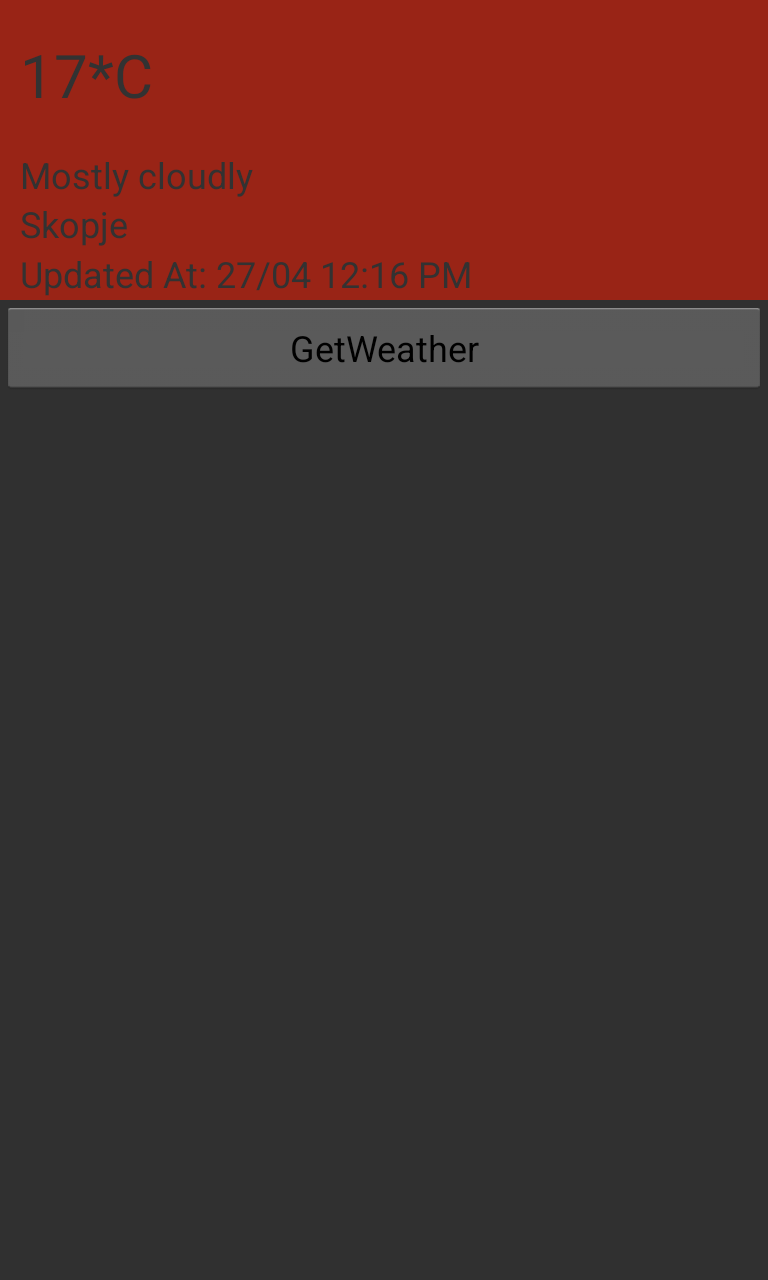
Repository: randhika/WeatherApp
Layout: WeatherApp/res/layout/home_fragment_layout.xml
The author's editor kept a copy of each file at every save. The layout is drawn from the files as they stood at one save, then again after a run of saves.
It is drawn on a 768 x 1280 px phone screen (xhdpi) without system bars, with theme AppTheme; the app's code is not run.

Above is the layout before, as saved 2014-04-27 17:33:04.

### WeatherApp/res/layout/home_fragment_layout.xml
<?xml version="1.0" encoding="utf-8"?>
<LinearLayout xmlns:android="http://schemas.android.com/apk/res/android"
    android:layout_width="match_parent"
    android:layout_height="match_parent"
    android:background="@color/list_background"
    android:orientation="vertical" >

    <LinearLayout
        android:layout_width="match_parent"
        android:layout_height="150dp"
        android:background="@color/list_background_pressed"
        android:orientation="vertical"
        android:paddingLeft="10dp" >

        <TextView
            android:id="@+id/tv_temperature"
            android:layout_width="match_parent"
            android:layout_height="0dp"
            android:layout_weight="0.3"
            android:gravity="center_vertical"
            android:text="17*C"
            android:textSize="30sp" />

        <TextView
            android:id="@+id/tv_weather_stat"
            android:layout_width="match_parent"
            android:layout_height="0dp"
            android:layout_gravity="center_vertical"
            android:layout_weight="0.1"
            android:text="Mostly cloudly"
            android:textSize="18sp" />

        <TextView
            android:id="@+id/tv_current_city"
            android:layout_width="match_parent"
            android:layout_height="0dp"
            android:layout_gravity="center_vertical"
            android:layout_weight="0.1"
            android:text="Skopje"
            android:textSize="18sp" />

        <TextView
            android:id="@+id/tv_last_update"
            android:layout_width="match_parent"
            android:layout_height="0dp"
            android:layout_gravity="center_vertical"
            android:layout_weight="0.1"
            android:text="Updated At: 27/04 12:16 PM"
            android:textSize="18sp" />
    </LinearLayout>

    <Button
        android:id="@+id/btn_get_weather"
        android:layout_width="match_parent"
        android:layout_height="48dp"
        android:layout_gravity="center"
        android:text="GetWeather" />

</LinearLayout>

Loaded but not shown: WeatherApp/res/values/styles.xml (common file); WeatherApp/res/values-v11/styles.xml (common file); WeatherApp/res/values-v14/styles.xml (common file); WeatherApp/res/values/color.xml (common file)

After the next 2 saves:
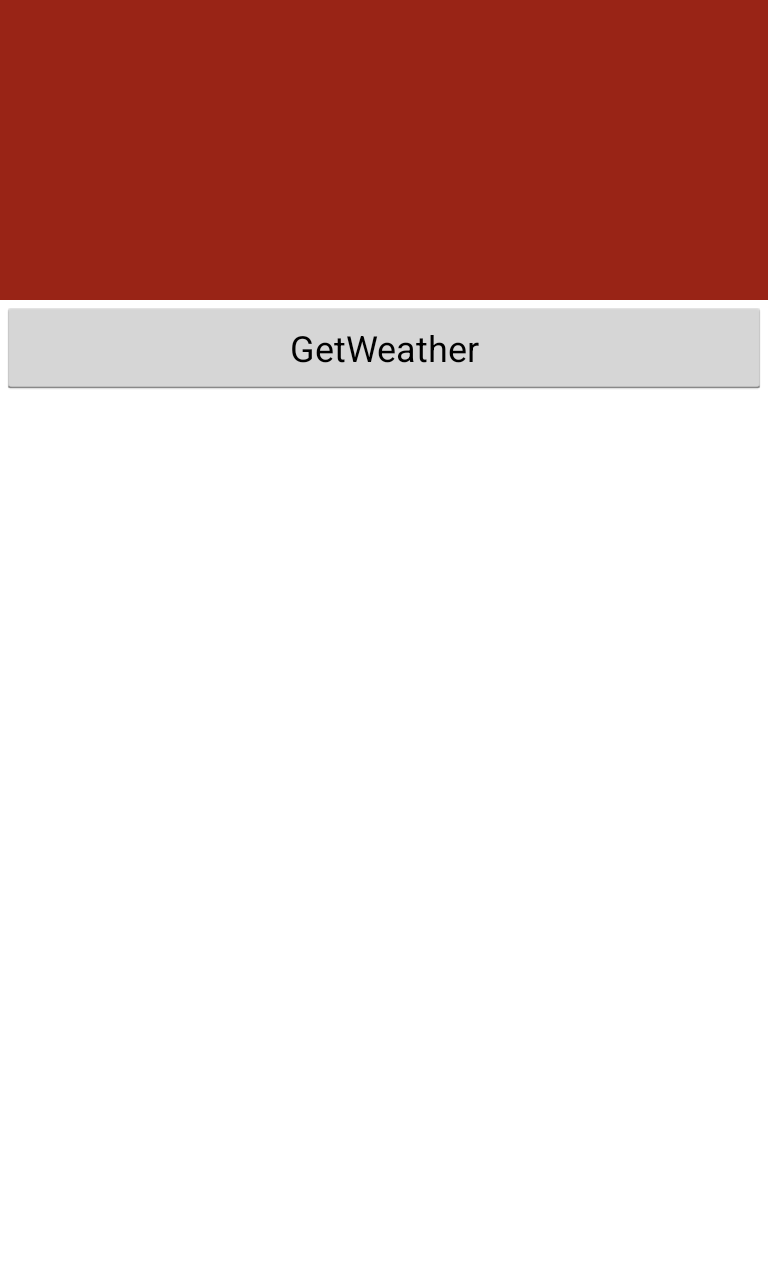
The 2 saves are shown as one change because they came seconds apart.
The last was saved 80 min 52 s later.
--- a/WeatherApp/res/layout/home_fragment_layout.xml
+++ b/WeatherApp/res/layout/home_fragment_layout.xml
@@ -2,7 +2,6 @@
 <LinearLayout xmlns:android="http://schemas.android.com/apk/res/android"
     android:layout_width="match_parent"
     android:layout_height="match_parent"
-    android:background="@color/list_background"
     android:orientation="vertical" >
 
     <LinearLayout
@@ -18,7 +17,6 @@
             android:layout_height="0dp"
             android:layout_weight="0.3"
             android:gravity="center_vertical"
-            android:text="17*C"
             android:textSize="30sp" />
 
         <TextView
@@ -27,7 +25,6 @@
             android:layout_height="0dp"
             android:layout_gravity="center_vertical"
             android:layout_weight="0.1"
-            android:text="Mostly cloudly"
             android:textSize="18sp" />
 
         <TextView
@@ -36,7 +33,6 @@
             android:layout_height="0dp"
             android:layout_gravity="center_vertical"
             android:layout_weight="0.1"
-            android:text="Skopje"
             android:textSize="18sp" />
 
         <TextView
@@ -45,7 +41,6 @@
             android:layout_height="0dp"
             android:layout_gravity="center_vertical"
             android:layout_weight="0.1"
-            android:text="Updated At: 27/04 12:16 PM"
             android:textSize="18sp" />
     </LinearLayout>
 
